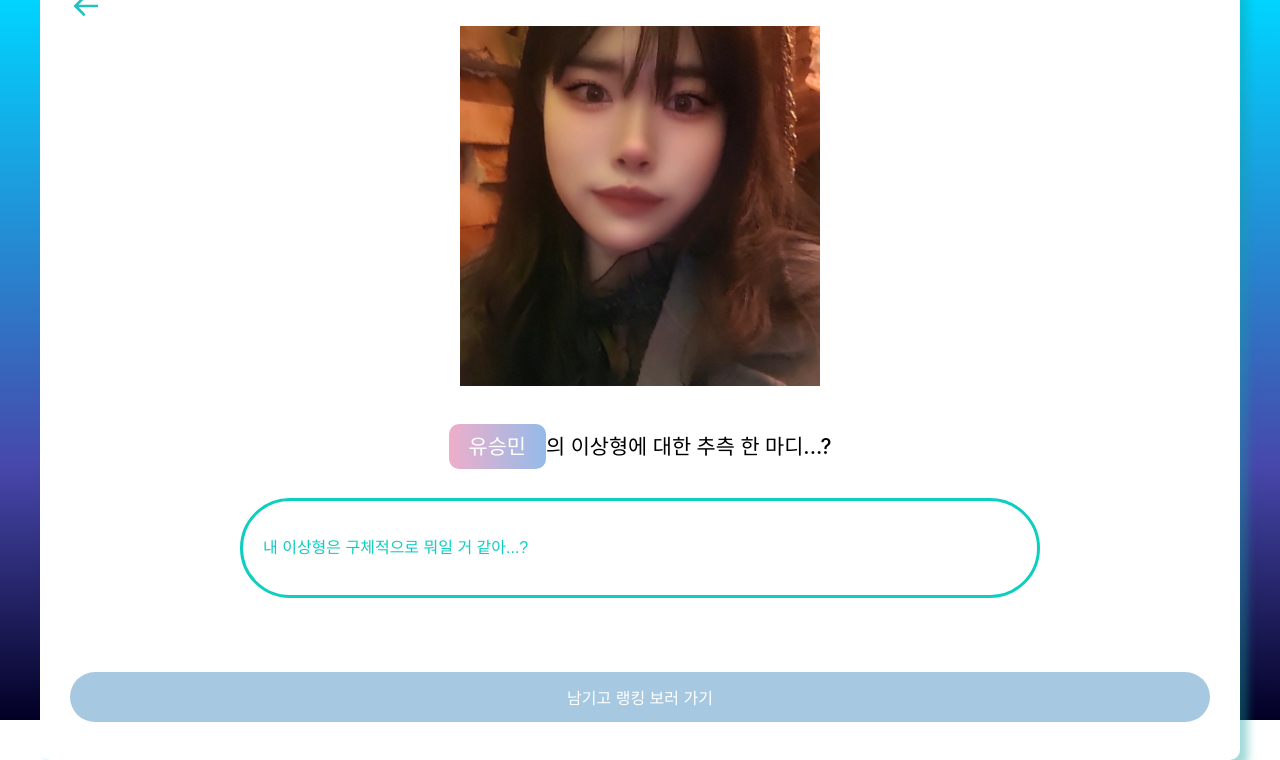
Repository: dnjfht/quiz3
Page: /message
An editor plug-in stored every save of this project. The page is shown before and after the next save, followed by the edit.
The browser window is 1280 px wide. The pictures show the whole page.
The project was rebuilt for these pictures with package versions that can differ from the ones it lists, and the page was loaded fresh each time. Also part of the build but not shown: src/components/Start.js, src/components/Progress.js, src/components/Quiz.js, src/components/Score.js, src/components/Ranking.js, src/components/NotPage.js.

Above is the page before, as saved 2023-04-15 23:45:52.

### src/index.js
import React from "react";
import ReactDOM from "react-dom/client";
import "./index.css";
import App from "./App";
import reportWebVitals from "./reportWebVitals";
import { BrowserRouter } from "react-router-dom";
import { Provider } from "react-redux";
import store from "./redux/config/configStore";

const root = ReactDOM.createRoot(document.getElementById("root"));
root.render(
  <Provider store={store}>
    <BrowserRouter>
      <App />
    </BrowserRouter>
  </Provider>
);

// If you want to start measuring performance in your app, pass a function
// to log results (for example: reportWebVitals(console.log))
// or send to an analytics endpoint. Learn more: https://bit.ly/CRA-vitals
reportWebVitals();

### src/index.css
body {
  margin: 0;
  font-family: -apple-system, BlinkMacSystemFont, "Segoe UI", "Roboto", "Oxygen",
    "Ubuntu", "Cantarell", "Fira Sans", "Droid Sans", "Helvetica Neue",
    sans-serif;
  -webkit-font-smoothing: antialiased;
  -moz-osx-font-smoothing: grayscale;
}

code {
  font-family: source-code-pro, Menlo, Monaco, Consolas, "Courier New",
    monospace;
}

@font-face {
  font-family: "ddalgifont";
  src: url("./fonts/고령딸기체+TTF.ttf");
}

@font-face {
  font-family: "chabfont";
  src: url("./fonts/chab.ttf");
}

@font-face {
  font-family: "ddagfont";
  src: url("./fonts/ddag.ttf");
}

### src/App.js
import styled from "styled-components";
import Router from "./shared/Router";

const Wrap = styled.div`
  width: 100%;
  height: 100vh;
  background: rgb(2, 0, 36);
  background: linear-gradient(
    0deg,
    rgba(2, 0, 36, 1) 0%,
    rgba(71, 71, 170, 1) 35%,
    rgba(0, 212, 255, 1) 100%
  );

  position: relative;
`;

const ContentWrap = styled.div`
  width: 1200px;
  height: 800px;
  padding: 30px;
  box-sizing: border-box;
  background-color: white;
  border-radius: 10px;
  box-shadow: 8px 8px 8px rgba(21, 159, 161, 0.4);

  position: absolute;
  top: 50%;
  margin-top: -400px;
  left: 50%;
  margin-left: -600px;
`;

function App() {
  return (
    <Wrap>
      <ContentWrap>
        <Router />
      </ContentWrap>
    </Wrap>
  );
}

export default App;

### src/redux/config/configStore.js
import { combineReducers, createStore, applyMiddleware } from "redux";
import thunk from "redux-thunk";
import quiz from "../modules/quiz";
import rank from "../modules/rank";

const middlewares = [thunk];
// 미들웨어들도 하나로 묶어줘야 힘.

const rootReducer = combineReducers({
  quiz: quiz,
  rank: rank,
});

const enhancer = applyMiddleware(...middlewares);
// reducer 말고 옵셔널하게 추가하는 애들의 모음.
// 여기 미들웨어를 적용해 넣을 거임.

const store = createStore(rootReducer, enhancer);
export default store;

### src/shared/Router.js
import React from "react";
import { Routes, Route } from "react-router-dom";
import Start from "../components/Start";
import Quiz from "../components/Quiz";
import Score from "../components/Score";
import Message from "../components/Message";
import Ranking from "../components/Ranking";
import NotPage from "../components/NotPage";

export default function Router() {
  return (
    <>
      <Routes>
        <Route path="/" element={<Start />} />
        <Route path="/quiz" element={<Quiz />} />
        <Route path="/score" element={<Score />} />
        <Route path="/message" element={<Message />} />
        <Route path="/ranking" element={<Ranking />} />
        <Route path="*" element={<NotPage />} />
      </Routes>
    </>
  );
}

### src/redux/modules/quiz.js
// action value
const ADDUSERANSWER = "add_user_answer";
const RESETUSERANSWER = "reset_user_answer";

// action creator

export const AddUserAnswer = (payload) => {
  return {
    type: ADDUSERANSWER,
    payload: payload,
  };
};

export const ResetUserAnswer = (payload) => {
  return {
    type: RESETUSERANSWER,
    payload: payload,
  };
};

// initialState
const initialState = {
  name: "유승민",
  quiz_list: [
    {
      image: "assets/1.png",
      quiz: "승민의 mbti는 intj다?",
      answer: false,
    },
    {
      image: "assets/2.png",
      quiz: "승민은 공감을 잘해주는 사람을 좋아한다?",
      answer: true,
    },
    {
      image: "assets/3.png",
      quiz: "승민은 사람들이랑 대화하고 알아가는 것을 즐긴다?",
      answer: true,
    },
    {
      image: "assets/4.png",
      quiz: "승민은 자기개발하는걸 좋아한다?",
      answer: true,
    },
    {
      image: "assets/5.png",
      quiz: "승민의 관심있을 때 하는 행동은 선톡을 하는 것이다?",
      answer: true,
    },
    {
      image: "assets/6.png",
      quiz: "승민은 불같은 연애보다 서로 믿고 의지할 수 있는 연애를 선호한다?",
      answer: true,
    },
    {
      image: "assets/7.png",
      quiz: "승민은 계획을 세우고 차근차근 계획에 옮기는걸 선호한다?",
      answer: true,
    },
    {
      image: "assets/8.png",
      quiz: "승민은 놀이기구 타는 것을 좋아한다?",
      answer: false,
    },
    {
      image: "assets/9.png",
      quiz: "승민은 고1 때부터 흡연을 했다?",
      answer: false,
    },
    {
      image: "assets/10.png",
      quiz: "승민은 소개팅을 나간 적이 있다?",
      answer: false,
    },
    {
      image: "assets/11.png",
      quiz: "승민은 소개팅과 같은 인위적인 만남을 좋아한다?",
      answer: false,
    },
    {
      image: "assets/12.png",
      quiz: "승민은 연인과 갈등이 있을 때 대화로 푸는 것을 선호한다?",
      answer: true,
    },
    {
      image: "assets/13.png",
      quiz: "승민은 연애할 때 항상 상대방의 기분이 우선이다?",
      answer: true,
    },
    {
      image: "assets/14.png",
      quiz: "승민은 좋아하는 사람에게 선물주는 것을 좋아한다?",
      answer: true,
    },
    {
      image: "assets/15.png",
      quiz: "승민은 감수성이 풍부해서 슬픈 영화나 만화를 보고 잘 운다?",
      answer: true,
    },
    {
      image: "assets/16.png",
      quiz: "승민은 본래 무뚝뚝한 성격이다?",
      answer: true,
    },
    {
      image: "assets/17.png",
      quiz: "승민의 노래방 18번곡은 나비무덤이다?",
      answer: false,
    },
    {
      image: "assets/18.png",
      quiz: "승민은 핫플을 돌아다니면서 맛집 탐방을 하고 사진 찍는 데이트를 선호한다?",
      answer: true,
    },
    {
      image: "assets/19.png",
      quiz: "승민은 연애할 때 꽃이나 편지 받는걸 좋아한다?",
      answer: true,
    },
    {
      image: "assets/20.png",
      quiz: "승민은 번호를 따인 적이 있다?",
      answer: false,
    },
  ],
  user_answer: [],
  result_text: {
    40: "나랑 친하지 않은가보군?😑",
    60: "나랑 좀 더 친해져야겠다🙃",
    80: "내적 친밀감 80퍼센트!😎",
    100: "뭐야, 넌 내 소울메이트...!?💖",
  },
};

// reducer

const quiz = (state = initialState, action) => {
  switch (action.type) {
    case ADDUSERANSWER: {
      const newUserAnswer = [...state.user_answer, action.payload];
      return { ...state, user_answer: newUserAnswer };
    }
    case RESETUSERANSWER: {
      return { ...state, user_answer: [] };
    }
    default:
      return state;
  }
};

export default quiz;

### src/redux/modules/rank.js
import { db } from "../../firebase";
import {
  collection,
  getDocs,
  addDoc,
  doc,
  updateDoc,
  deleteDoc,
  getDoc,
} from "firebase/firestore";

// action value
const ADDUSERNAME = "add_user_name";
const GETRANK = "get_rank";
const ADDRANK = "add_rank";

// action creator
export const GetRank = (payload) => {
  return {
    type: GETRANK,
    payload: payload,
  };
};

export const AddUserName = (payload) => {
  return {
    type: ADDUSERNAME,
    payload: payload,
  };
};

export const AddRank = (payload) => {
  return {
    type: ADDRANK,
    payload: payload,
  };
};

export const loadQuizFB = () => {
  return async function (dispatch) {
    const quiz_data = await getDocs(collection(db, "quiz"));
    console.log(quiz_data);

    let quiz_list = [];

    quiz_data.forEach((doc) => {
      console.log(doc.data());
      quiz_list.push({ id: doc.id, ...doc.data() });
    });

    console.log(quiz_list);

    dispatch(GetRank(quiz_list));
  };
};

export const addQuizFB = (payload) => {
  return async function (dispatch) {
    const docRef = await addDoc(collection(db, "quiz"), payload);
    // const _quiz = await getDoc(docRef);
    // const quiz = { id: _quiz.id, ..._quiz.data() };
    // dispatch(AddRank(quiz));

    // 추가한 데이터 중 id를 가져와서 bucket_data 만들기.
    // const bucket_data = { id: docRef.id, ...payload };
    // // 마지막으로 액션 일으키기 (수정해달라고 요청)
    // dispatch(createWidget(bucket_data));
  };
};

// initialState
const initialState = {
  user_name: "",
  rank: [
    // { score: 100, name: "방가방가", comment: "다들 잘생겼다" },
    // { score: 40, name: "이하늘", comment: "너무 어려운데..." },
    // { score: 60, name: "오하요~!", comment: "잘 생긴 사람이 곧 이상형" },
  ],
};

// reducer
const rank = (state = initialState, action) => {
  switch (action.type) {
    case GETRANK: {
      console.log(action.payload);
      return { ...state, rank: action.payload };
    }
    case ADDUSERNAME: {
      return { ...state, user_name: action.payload };
    }
    case ADDRANK: {
      const new_rank_data = [...state.rank, action.payload];
      return { ...state, rank: new_rank_data };
    }
    default:
      return state;
  }
};
export default rank;

### src/components/Message.js
import React from "react";
import styled from "styled-components";
import { BiArrowBack } from "react-icons/bi";
import { useNavigate } from "react-router-dom";
import { useDispatch, useSelector } from "react-redux";
import { useRef } from "react";
import { AddRank, addQuizFB } from "../redux/modules/rank";

const Wrap = styled.div`
  width: 100%;
  height: 100%;
`;

const ContentWrap = styled.div`
  width: 100%;
  height: 94%;

  display: flex;
  flex-direction: column;
  align-items: center;
  justify-content: space-between;
`;

const ImgWrap = styled.img`
  width: 360px;
  height: 360px;
`;

const Title = styled.h1`
  margin-top: -20px;

  font-size: 1.3rem;
  font-weight: 500;

  & > span {
    padding: 10px 20px;
    background: rgb(238, 174, 202);
    background: linear-gradient(
      90deg,
      rgba(238, 174, 202, 1) 0%,
      rgba(148, 187, 233, 1) 100%
    );
    border-radius: 10px;

    color: white;
  }
`;

const CommentInput = styled.input`
  width: 800px;
  height: 100px;
  margin-top: -40px;
  padding: 20px;
  box-sizing: border-box;
  background-color: transparent;
  border: 3px solid #0ccfc0;
  border-radius: 50px;

  font-size: 1rem;
  color: rgba(0, 0, 0, 0.6);

  outline: none;

  transition: all 0.8s;

  &:focus {
    border: 3px solid #2a95ae;
  }
  &::placeholder {
    color: #0ccfc0;
  }
`;

const GoToRankingButton = styled.button`
  width: 100%;
  height: 50px;
  margin-top: 10px;
  background: #a6c9e1;
  border: none;
  border-radius: 30px;

  color: white;
  font-size: 1rem;

  transition: all 0.5s;

  &:hover {
    background: #00ffeb;
    color: white;

    cursor: pointer;
  }
`;

export default function Message() {
  const navigate = useNavigate();
  const dispatch = useDispatch();

  const quiz_list = useSelector((state) => state.quiz.quiz_list);
  const user_answer = useSelector((state) => state.quiz.user_answer);
  const name = useSelector((state) => state.quiz.name);
  const user_name = useSelector((state) => state.rank.user_name);

  const random_number = Math.floor(Math.random() * 10);

  const commentInputRef = useRef(null);

  const _score =
    (100 / quiz_list.length) *
    user_answer.filter((answer, idx) => {
      return answer === quiz_list[idx].answer;
    }).length;

  const score = Math.floor(_score);

  const handleAddRankData = (event) => {
    event.preventDefault();

    const new_rank = {
      name: user_name,
      score: score,
      comment: commentInputRef.current.value,
      current: true,
    };

    dispatch(addQuizFB(new_rank));

    navigate("/ranking");
  };

  return (
    <Wrap>
      <BiArrowBack
        style={{ color: "rgb(34, 193, 195)", fontSize: "2rem" }}
        onClick={() => {
          navigate(-1);
        }}
      />
      <ContentWrap>
        <ImgWrap
          src={process.env.PUBLIC_URL + `${quiz_list[random_number].image}`}
        />

        <Title>
          <span>{name}</span>의 이상형에 대한 추측 한 마디...?
        </Title>

        <CommentInput
          type="text"
          placeholder="내 이상형은 구체적으로 뭐일 거 같아...?"
          ref={commentInputRef}
        />

        <GoToRankingButton onClick={handleAddRankData}>
          남기고 랭킹 보러 가기
        </GoToRankingButton>
      </ContentWrap>
    </Wrap>
  );
}

### src/firebase.js
// Import the functions you need from the SDKs you need
import { initializeApp } from "firebase/app";
import { getFirestore } from "firebase/firestore";
// TODO: Add SDKs for Firebase products that you want to use
// https://firebase.google.com/docs/web/setup#available-libraries

// Your web app's Firebase configuration
// For Firebase JS SDK v7.20.0 and later, measurementId is optional
const firebaseConfig = {
  apiKey: "AIzaSyAQCzx3TeRMhfQ14uI1xPuxKIeyOukr2zs",
  authDomain: "seungmin-s-quiz2.firebaseapp.com",
  projectId: "seungmin-s-quiz2",
  storageBucket: "seungmin-s-quiz2.appspot.com",
  messagingSenderId: "764474150624",
  appId: "1:764474150624:web:e3932df48db64f86c44a85",
  measurementId: "G-NK0EYYQQFF",
};

// Initialize Firebase
const app = initializeApp(firebaseConfig);
export const db = getFirestore(app);

Loaded but not shown: public/index.html (common file); src/reportWebVitals.js (common file)

After the next save:
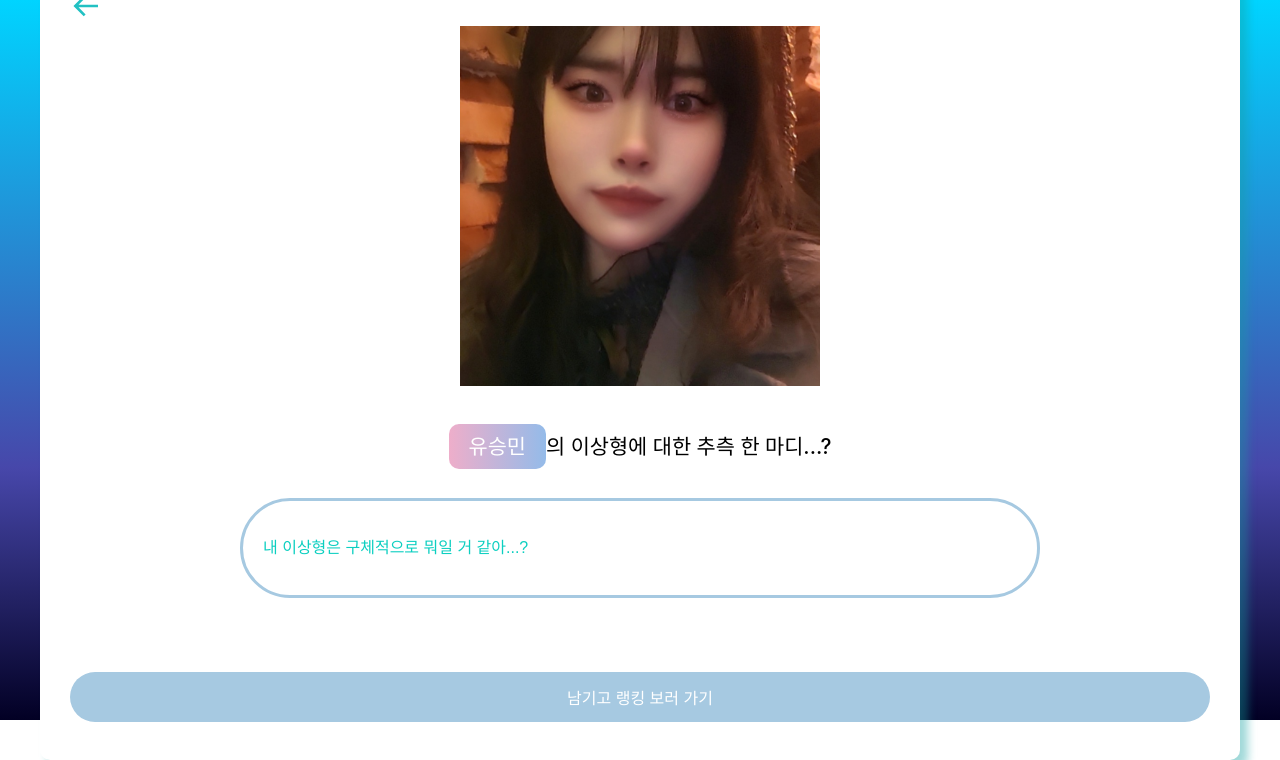
Saved 11 s later.
--- a/src/components/Message.js
+++ b/src/components/Message.js
@@ -53,7 +53,7 @@ const CommentInput = styled.input`
   padding: 20px;
   box-sizing: border-box;
   background-color: transparent;
-  border: 3px solid #0ccfc0;
+  border: 3px solid #a6c9e1;
   border-radius: 50px;
 
   font-size: 1rem;
